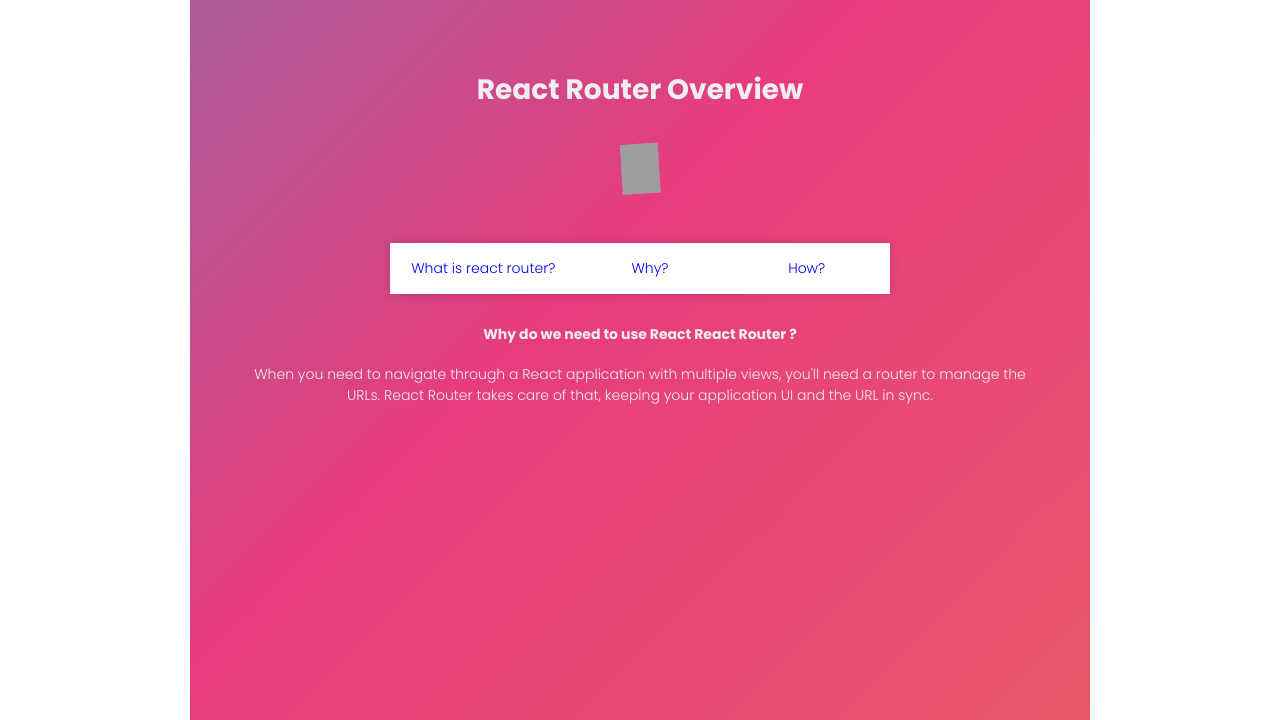
Repository: nguy3nds/2021-18-9-react
Page: /Why
These files come from the project's save history. The page is drawn as it stood at one moment and after a run of saves; the edit follows.
The browser window is 1280 px wide. The pictures show the whole page.
Pictures or frames that could not be fetched are drawn as grey boxes. The project was rebuilt for these pictures with package versions that can differ from the ones it lists, and the page was loaded fresh each time. Also part of the build but not shown: src/components/What.js, src/components/Why.js.

Above is the page before, as saved 2021-09-19 21:15:51.

### src/App.js
import React from "react";
import { BrowserRouter as Router, Switch, Route, Link } from "react-router-dom";
import "./App.css";
import What from "./components/What.js";
import How from "./components/Why";
import Why from "./components/How";
import styled, { keyframes } from "styled-components";

export default function App() {
  return (
    <Router>
      <DivContainer>
        <h1>React Router Overview</h1>
        <Rotate>
          <img
            src="https://lh6.googleusercontent.com/m9VlRb9FHZcqWTBz0msD2FZGpSQs84aAOwwniApLbL1oZWSDJsg4opq2uc81QzPWDtx5QJ2DeO12CFeol6vqJXcSOyp10LGoOW3K_wXIp3UDuQt1XhXE5KeUC8Epkj2hO51asKYe"
            className="App-logo"
            alt="logo"
            style={{ width: "50px" }}
          />
        </Rotate>
        <nav>
          <ul className="menu">
            <li class="menu-item has-child">
              <Link to="/What">What is react router?</Link>
            </li>
            <li className="menu-item has-child">
              <Link to="/Why">Why?</Link>
            </li>
            <li className="menu-item has-child">
              <Link to="/How">How?</Link>
            </li>
          </ul>
        </nav>

        {/* A <Switch> looks through its children <Route>s and
            renders the first one that matches the current URL. */}
        <Switch>
          <Route path="/How">
            <How />
          </Route>
          <Route path="/Why">
            <Why />
          </Route>
          <Route path="/What">
            <What />
          </Route>
        </Switch>
      </DivContainer>
    </Router>
  );
}

const gradient = keyframes`
	0% {
		background-position: 0% 50%;
	}
	50% {
		background-position: 100% 50%;
	}
	100% {
		background-position: 0% 50%;
	}
`;

const DivContainer = styled.div`
  margin: 0 auto;
  padding: 50px;
  text-align: center;
  color: #eee;
  background: linear-gradient(-45deg, #ee7752, #e73c7e, #23a6d5, #23d5ab);
  background-size: 400% 400%;
  animation: ${gradient} 15s ease infinite;
  height: 100vh;
`;

const rotate360 = keyframes`
  from {
    transform: rotate(0deg);
  }

  to {
    transform: rotate(360deg);
  }
`;

const Rotate = styled.div`
  display: inline-block;
  animation: ${rotate360} 2s linear infinite;
  padding: 2rem 1rem;
  font-size: 1.2rem;
`;

### src/App.css
@import url("https://fonts.googleapis.com/css2?family=Poppins:wght@300;400;600;700&display=swap");
:root {
  --primary: #08aeea;
  --secondary: #13d2b8;
  --purple: #bd93f9;
  --pink: #ff6bcb;
  --blue: #8be9fd;
  --gray: #333;
  --font: "Poppins", sans-serif;
  --gradient: linear-gradient(40deg, #ff6ec4, #7873f5);
  --shadow: 0 0 15px 0 rgba(0, 0, 0, 0.05);
}
*,
*:before,
*:after {
  box-sizing: border-box;
}
html {
  font-size: 62.5%;
  text-align: center;
}

body {
  font-family: var(--font);
  font-size: 1.4rem;
  overflow-x: hidden;
  font-weight: 300;
  width: 900px;
  margin: 0 auto;
}

img {
  display: block;
  max-width: 100%;
}

a {
  text-decoration: none;
}

input,
button,
textarea,
select {
  font-family: var(--font);
  font-size: 1.4rem;
  font-weight: 300;
  outline: none;
  border: 0;
  margin: 0;
  padding: 0;
  border-radius: 0;
  -webkit-appearance: none;
}

button {
  cursor: pointer;
}

.menu {
  position: relative;
  max-width: 500px;
  margin: 30px auto;
  display: grid;
  grid-template-columns: 1fr 1fr 1fr;
  justify-content: center;
  background-color: white;
  padding: 1.5rem;
  box-shadow: 0 0 10px -2px rgba(0, 0, 0, 0.25);
}

.menu-link {
  font-size: 1.4rem;
  color: #918eae;
  display: block;
}
.menu-link:hover {
  color: #202842;
}

.menu-child-link {
  display: flex;
  align-items: center;
  justify-content: space-between;
  padding: 1.5rem;
  color: #918eae;
}
.menu-child-item {
  position: relative;
}
.menu-child-link:hover {
  color: #202842;
}

.menu-toggle {
  display: none;
}
.nav {
  position: relative;
}
.arrow-right {
  display: none;
}
@media screen and (min-width: 1024px) {
  .arrow-down {
    display: none;
  }
  .arrow-right {
    display: block;
  }
  .menu-item:not(:first-child) {
    margin-left: 2rem;
  }
  .menu-child {
    position: absolute;
    top: 100%;
    left: 0;
    margin-top: 1rem;
    min-width: 20rem;
    background-color: white;
    box-shadow: var(--shadow);
    display: none;
  }
  .menu-child:before {
    content: "";
    position: absolute;
    top: 0;
    left: 0;
    width: 100%;
    height: 1rem;
    background-color: transparent;
    transform: translateY(-100%);
  }
  .menu-child1 {
    top: 0;
    left: 100%;
    margin-top: 0;
  }
  .menu-item.has-child:hover > .menu-child {
    display: block;
  }
  .menu-child-item.has-child:hover > .menu-child {
    display: block;
  }
}

ul li {
  list-style: none;
}
@media screen and (max-width: 1023px) {
  .menu {
    position: absolute;
    right: 0;
    top: 100%;
    min-width: 20rem;
    background-color: white;
    box-shadow: var(--shadow);
    flex-direction: column;
    display: none;
    z-index: 100;
  }
  .menu.show,
  .menu-child.show {
    display: block;
  }
  .menu-item:not(:last-child) {
    border-bottom: 1px solid #eee;
  }
  .menu-link {
    padding: 1.5rem;
    display: flex;
    justify-content: space-between;
    align-items: center;
  }
  .menu-child {
    display: none;
    background-color: #f6f6f6;
  }
  .menu-child1 {
    background-color: #eee;
  }
  .menu-toggle {
    width: max-content;
    font-size: 2rem;
    display: block;
    margin-left: auto;
    cursor: pointer;
  }
}

### src/components/How.js
export default function How() {
  return (
    <div>
      <h4>Why do we need to use React React Router ?</h4>
      <p>
        When you need to navigate through a React application with multiple
        views, you'll need a router to manage the URLs. React Router takes care
        of that, keeping your application UI and the URL in sync.
      </p>
    </div>
  );
}

Loaded but not shown: public/index.html (common file); src/index.js (common file); src/index.css (common file); src/reportWebVitals.js (common file)

After the next 3 saves:
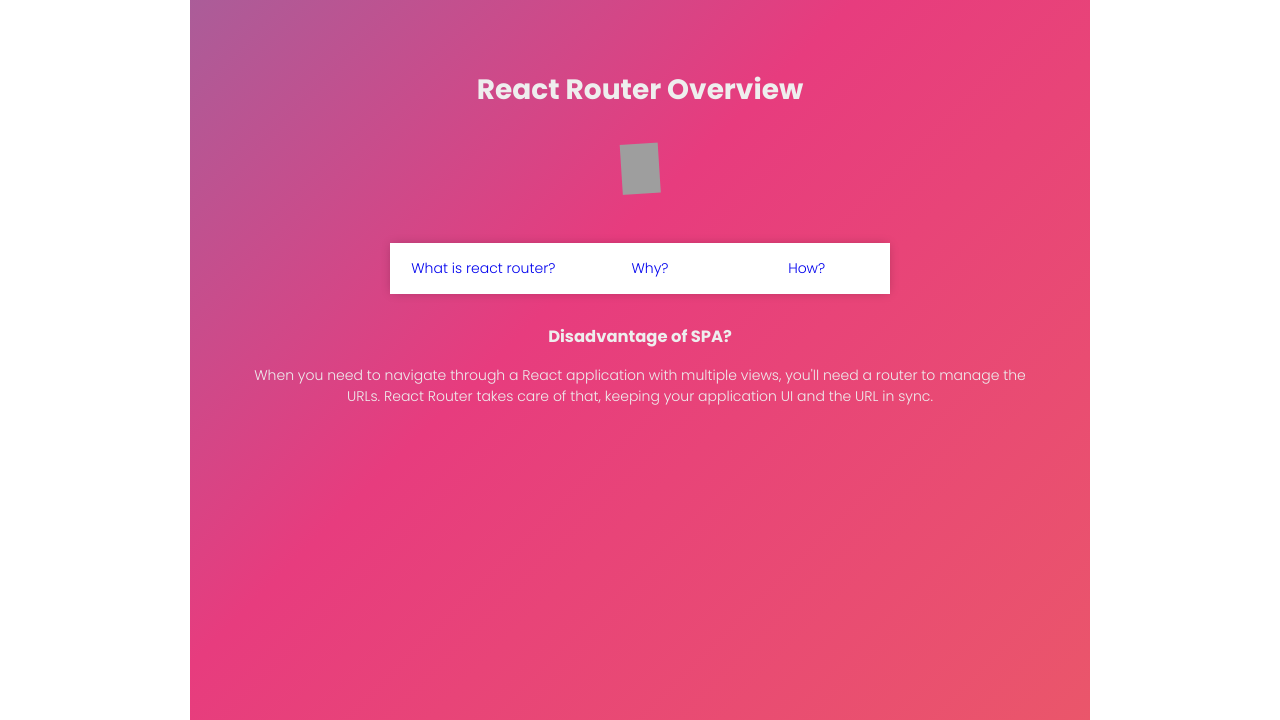
The 3 saves are shown as one change because they came seconds apart.
The last was saved 44 s later.
--- a/src/components/How.js
+++ b/src/components/How.js
@@ -1,7 +1,7 @@
 export default function How() {
   return (
     <div>
-      <h4>Why do we need to use React React Router ?</h4>
+      <h3>Disadvantage of SPA?</h3>
       <p>
         When you need to navigate through a React application with multiple
         views, you'll need a router to manage the URLs. React Router takes care
